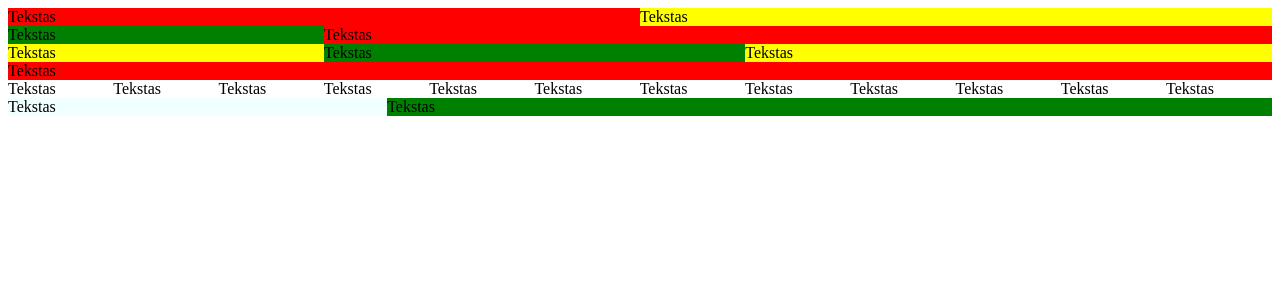
Repository: motiejus1/05-paskaita
Page: index.html
These files come from the project's save history. The page is drawn as it stood at one moment and after a run of saves; the edit follows.
The browser window is 1280 px wide. The pictures show the whole page.

Above is the page before, as saved 2021-06-07 18:55:11.

After the next 2 saves:
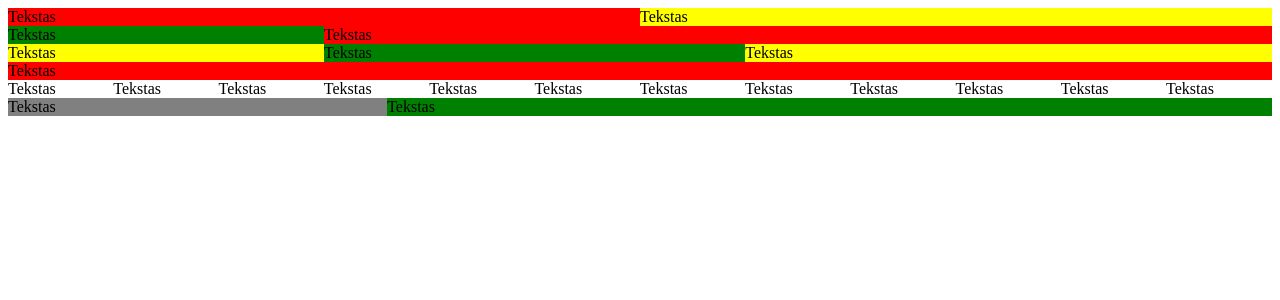
The 2 saves are shown as one change because they came seconds apart.
The last was saved 9 s later.
--- a/index.html
+++ b/index.html
@@ -126,7 +126,7 @@
     </div>
 
     <div class="row">
-        <div class="col-ekrano-30" style="background-color: azure;">Tekstas</div>
+        <div class="col-ekrano-30" style="background-color: gray;">Tekstas</div>
         <div class="col-ekrano-70 zalia">Tekstas</div>
     </div>
 
